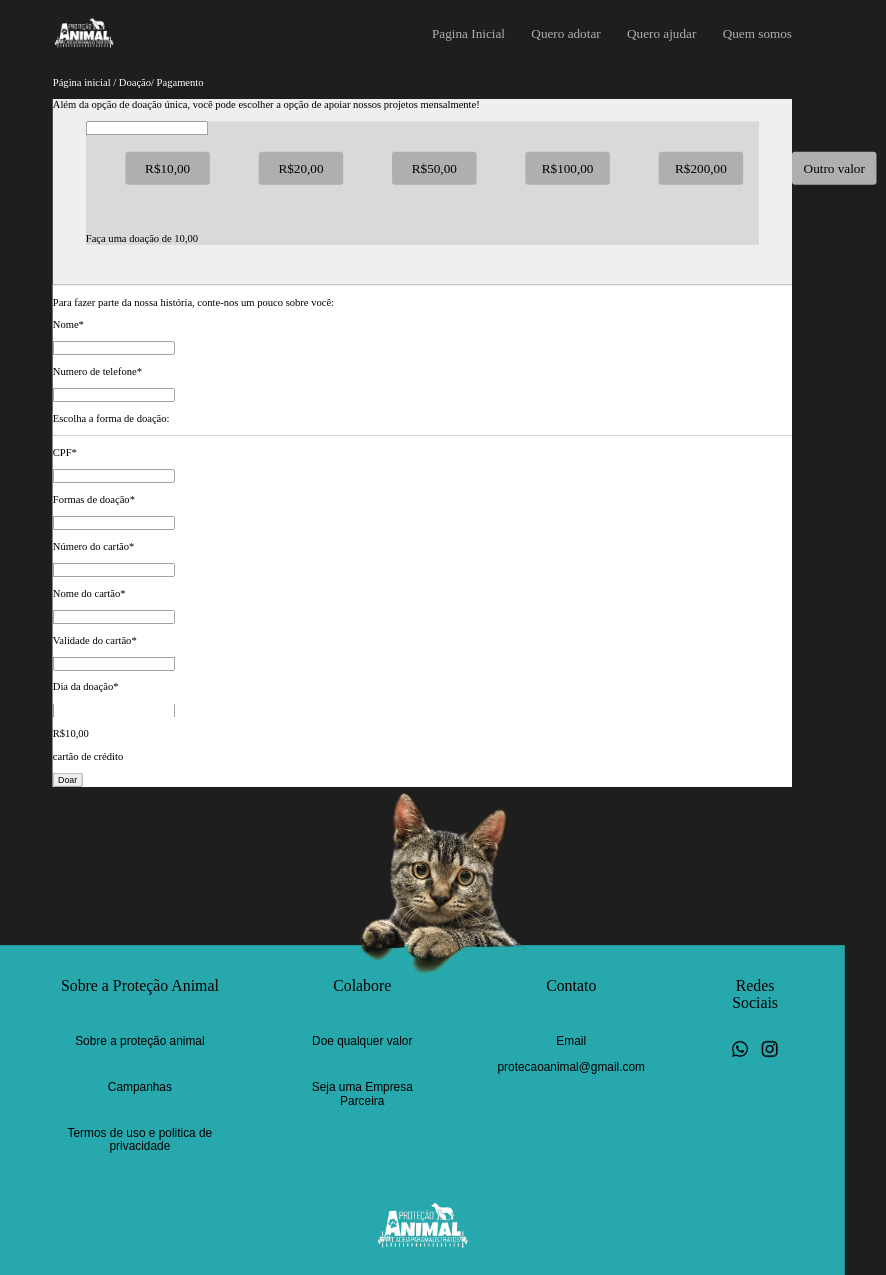
Repository: edjunior-nascimento/protecao-animal-web
Page: src/pages/formulario-doacao/index.html
An editor plug-in stored every save of this project. The page is shown before and after the next save, followed by the edit.
The browser window is 1280 px wide. The page is 1342 px wide, so the pictures cover 1342 px, including what lies to the right of the window. The pictures show the whole page, at 66% of full size.

Above is the page before, as saved 2025-03-06 03:36:14.

After the next save:
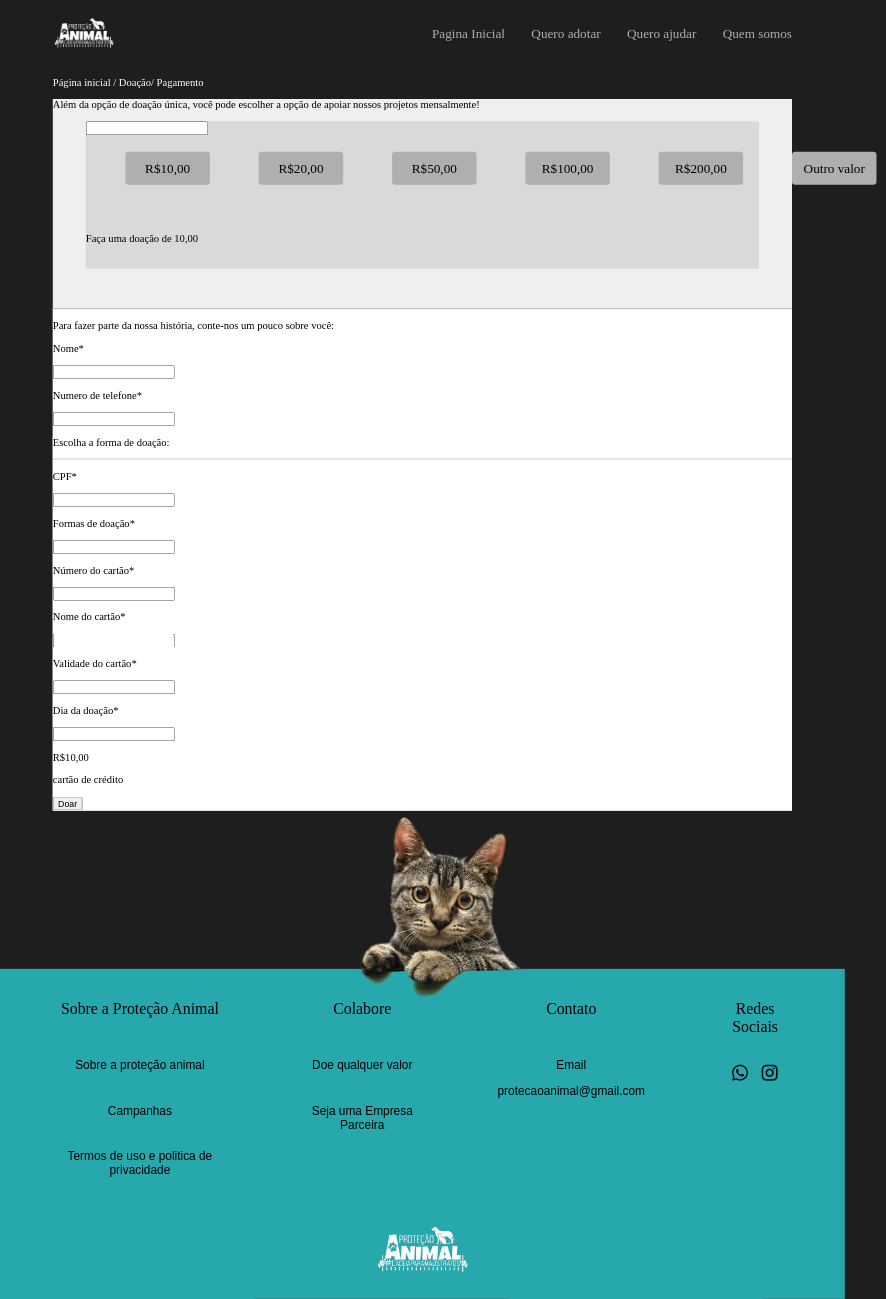
Saved 4 s later.
--- a/src/pages/formulario-doacao/style.css
+++ b/src/pages/formulario-doacao/style.css
@@ -83,7 +83,7 @@ main {
 }
 .res {
   margin-top: 48px;
-  pa: 36px;
+  padding-bottom: 36px;
 }
   .pri-line {
     margin-top: 60px;
